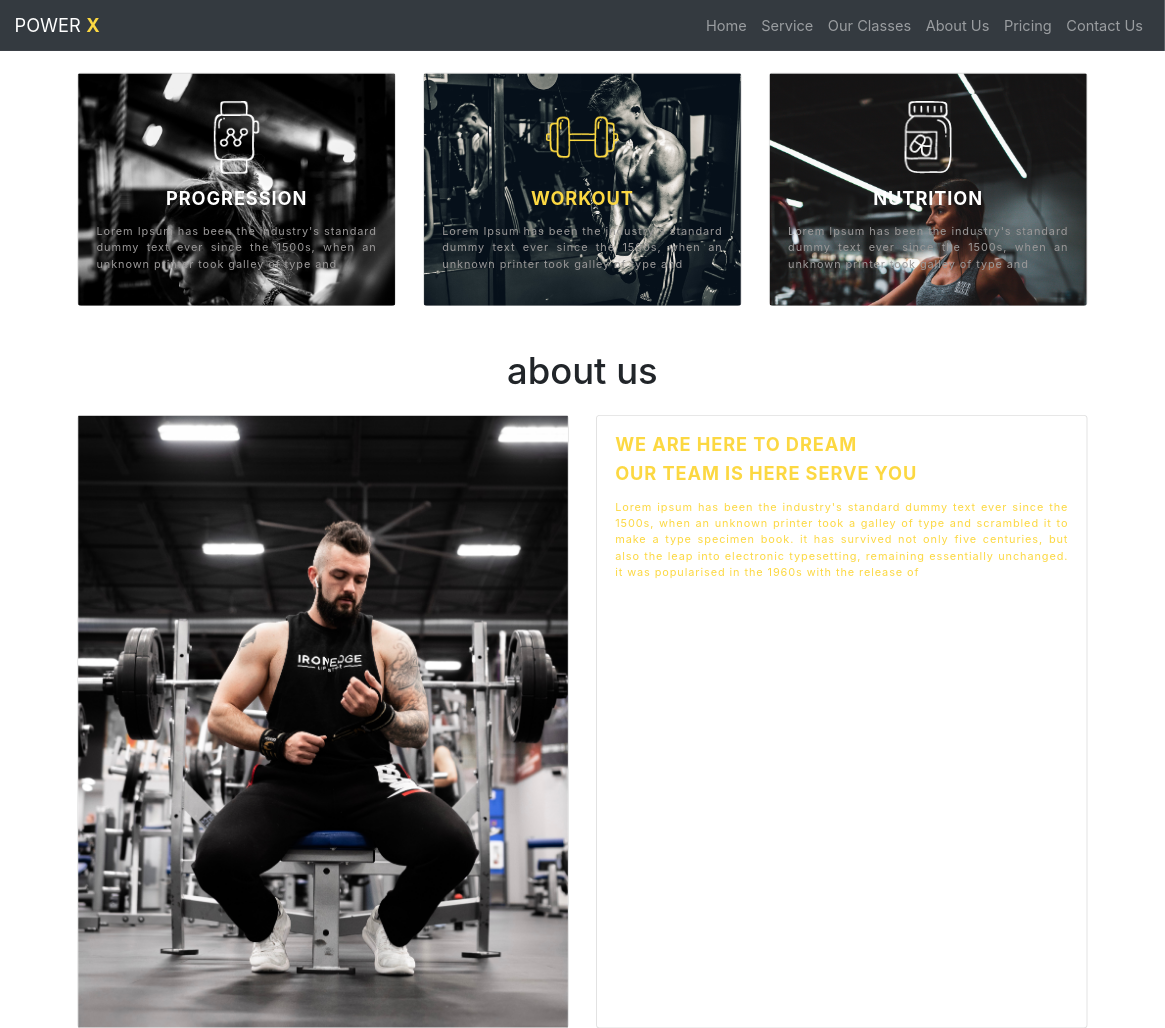
Repository: arif286/power-x-gym
Page: /
The author's editor kept a copy of each file at every save. The page is drawn from the files as they stood at one save, then again after the next save.
The browser window is 1280 px wide. The pictures show the whole page, at 91% of full size.
The project was rebuilt for these pictures with package versions that can differ from the ones it lists, and the page was loaded fresh each time.

Above is the page before, as saved 2021-04-06 20:44:21.

### src/index.js
import React from 'react';
import ReactDOM from 'react-dom';
import App from './App';
import "./index.css";
import reportWebVitals from './reportWebVitals';
ReactDOM.render(
  <React.StrictMode>
    <App />
  </React.StrictMode>,
  document.getElementById('root')
);

// If you want to start measuring performance in your app, pass a function
// to log results (for example: reportWebVitals(console.log))
// or send to an analytics endpoint. Learn more: https://bit.ly/CRA-vitals
reportWebVitals();

### src/App.js
import "bootstrap/dist/css/bootstrap.min.css";
import React from 'react';
import { BrowserRouter as Router, Route, Switch } from "react-router-dom";
import Header from './components/Header/Header';
import Home from './components/Home/Home';
function App() {
  return (
    <div>
      <Router>
        <Header/>
        <Switch>
          <Route path='/home'>
            <Home/>
          </Route>
          <Route exact path='/'>
            <Home/>
          </Route>
        </Switch>
      </Router>
    </div>
  );
}

export default App;

### src/components/Header/Header.js
import React from "react";
import { Nav, Navbar } from "react-bootstrap";


const Header = () => {

  return (
    <div>
      <Navbar bg="dark" variant="dark">
        <Navbar.Brand href="#home">
          POWER
          <span style={{ color: "#FCD842",marginLeft:'6px', fontWeight:700 }}>X</span>
        </Navbar.Brand>
        <Nav className="ml-auto">
          <Nav.Link href="#home">Home</Nav.Link>
          <Nav.Link href="#features">Service</Nav.Link>
          <Nav.Link href="#features">Our Classes</Nav.Link>
          <Nav.Link href="#features">About Us</Nav.Link>
          <Nav.Link href="#features">Pricing</Nav.Link>
          <Nav.Link href="#pricing">Contact Us</Nav.Link>
        </Nav>
      </Navbar>
      <br />
    </div>
  );
};

export default Header;

### src/components/Home/Home.js
import React from "react";
import About from "../About/About";
import WorkOut from "../WorkOut/WorkOut";

const Home = () => {
  return (
    <>
      <WorkOut />
      <About/>
    </>
  );
};

export default Home;

### src/components/About/About.js
import React from "react";
import { Card, Col, Container, Row } from "react-bootstrap";
import aboutImg from "../../power-x-gym/Image & Icon/wells-chan-H-vAxuWxmi8-unsplash.jpg";

const About = () => {
  return (
    <>
      <Container className="mt-5">
        <h1 className="text-center mb-4">about us</h1>
        <Row className="row-cols-1 row-cols-md-2 g-4 ">
          <Col>
            <Card className="h-100">
              <img src={aboutImg} alt="" />
            </Card>
          </Col>
          <Col>
            <Card className="h-100 work-card ">
              <Card.Body>
                <h5 style={{ color: "#FCD842" }}>We are here to dream</h5>
                <h5 style={{ color: "#FCD842" }}>our team is here serve you</h5>
                <p style={{ color: "#FCD842" }}>
                  Lorem ipsum has been the industry's standard dummy text ever
                  since the 1500s, when an unknown printer took a galley of type
                  and scrambled it to make a type specimen book. it has survived
                  not only five centuries, but also the leap into electronic
                  typesetting, remaining essentially unchanged. it was
                  popularised in the 1960s with the release of
                </p>
              </Card.Body>
            </Card>
          </Col>
        </Row>
      </Container>
    </>
  );
};

export default About;

### src/components/WorkOut/WorkOut.js
import React from "react";
import { Card, Col, Container, Row } from "react-bootstrap";
import watch from "../../power-x-gym/Image & Icon/Group 80.png";
import dumble from "../../power-x-gym/Image & Icon/Group 81.png";
import box from "../../power-x-gym/Image & Icon/Group 82.png";
import "./WorkOut.css";

const WorkOut = () => {
  return (
    <>
      <Container>
        <Row className="row-cols-1 row-cols-md-3 g-4">
          <Col>
            <Card className="hard-work work-card h-100">
              <Card.Body className="text-center ">
                <img src={watch} className="work-img" alt="" />
                <h5>Progression</h5>
                <p>
                  Lorem Ipsum has been the industry's standard dummy text ever
                  since the 1500s, when an unknown printer took galley of type
                  and
                </p>
              </Card.Body>
            </Card>
          </Col>
          <Col>
            <Card className="work-out work-card h-100">
              <Card.Body className="text-center">
                <img className="work-img" src={dumble} alt="" />
                <h5 style={{ color: "#FCD842" }}>WorkOut</h5>
                <p>
                  Lorem Ipsum has been the industry's standard dummy text ever
                  since the 1500s, when an unknown printer took galley of type
                  and
                </p>
              </Card.Body>
            </Card>
          </Col>
          <Col>
            <Card className="nutrition work-card h-100">
              <Card.Body className="text-center">
                <img className="work-img" src={box} alt="" />
                <h5>nutrition</h5>
                <p>
                  Lorem Ipsum has been the industry's standard dummy text ever
                  since the 1500s, when an unknown printer took galley of type
                  and
                </p>
              </Card.Body>
            </Card>
          </Col>
        </Row>
      </Container>
    </>
  );
};

export default WorkOut;

### src/components/WorkOut/WorkOut.css
.hard-work {
  background-image: url("../../power-x-gym/Image & Icon/hipcravo-5UbIqV58CW8-unsplash.jpg");
}
.work-out {
  background-image: url("../../power-x-gym/Image & Icon/daniel-apodaca-WdoQio6HPVA-unsplash.jpg");
}
.nutrition {
  background-image: url("../../power-x-gym/Image & Icon/penguinuhh-8VI6WwEEEHw-unsplash.jpg");
}
.work-card {
  background-repeat: no-repeat;
  background-size: cover;
}
.work-img {
  width: 80px;
  height: 80px;
  object-fit: contain;
  margin-bottom: 15px;
  margin-top: 10px;
}
.work-card h5 {
  color: white;
  text-transform: uppercase;
  font-weight: 700;
  letter-spacing: 1px;
}
.work-card p {
  color: #9b9999;
  font-size: 12px;
  letter-spacing: 1px;
  text-align: justify;
  margin-top: 15px;
}

Loaded but not shown: public/index.html (common file); src/index.css (common file); src/reportWebVitals.js (common file)

After the next save:
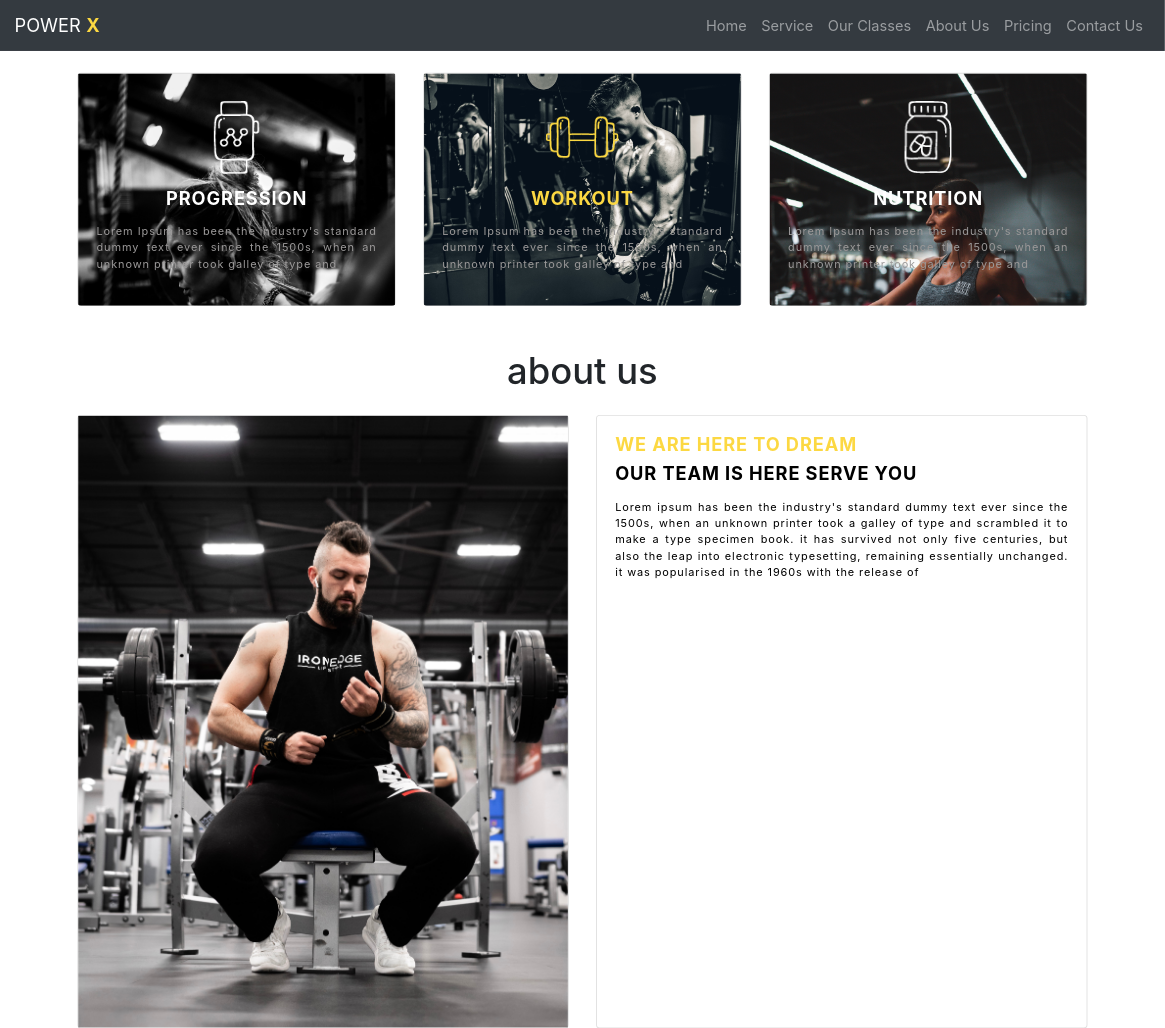
Saved 14 s later.
--- a/src/components/About/About.js
+++ b/src/components/About/About.js
@@ -17,8 +17,8 @@ const About = () => {
             <Card className="h-100 work-card ">
               <Card.Body>
                 <h5 style={{ color: "#FCD842" }}>We are here to dream</h5>
-                <h5 style={{ color: "#FCD842" }}>our team is here serve you</h5>
-                <p style={{ color: "#FCD842" }}>
+                <h5 style={{ color: "black" }}>our team is here serve you</h5>
+                <p style={{ color: "black" }}>
                   Lorem ipsum has been the industry's standard dummy text ever
                   since the 1500s, when an unknown printer took a galley of type
                   and scrambled it to make a type specimen book. it has survived
